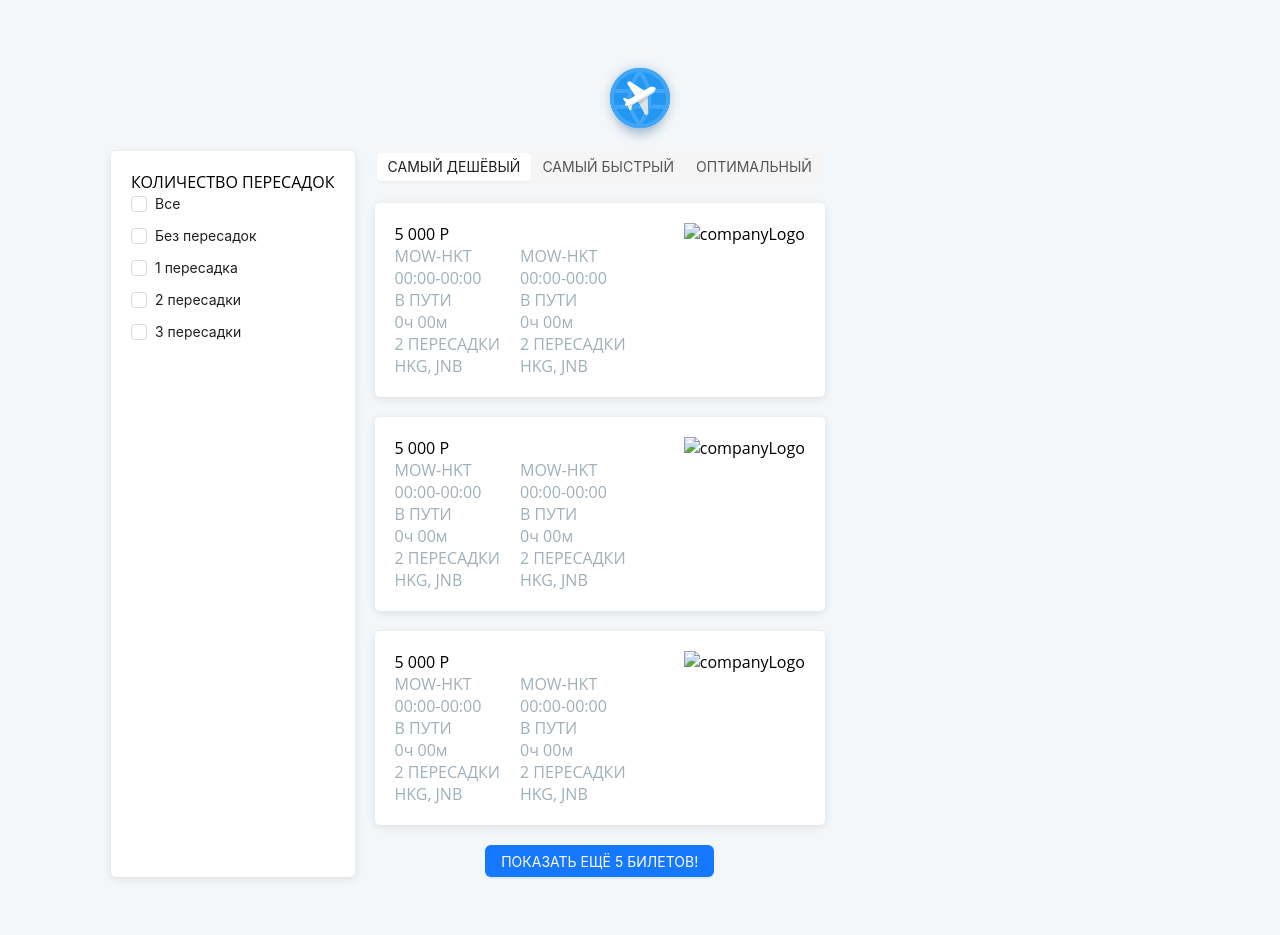
Repository: Dedoxa/aviasalesTickets
Page: /
An editor plug-in stored every save of this project. The page is shown before and after the next save, followed by the edit.
The browser window is 1280 px wide. The pictures show the whole page.
The project was rebuilt for these pictures with package versions that can differ from the ones it lists, and the page was loaded fresh each time. Also part of the build but not shown: vite.config.js.

Above is the page before, as saved 2024-10-19 16:57:45.

After the next save:
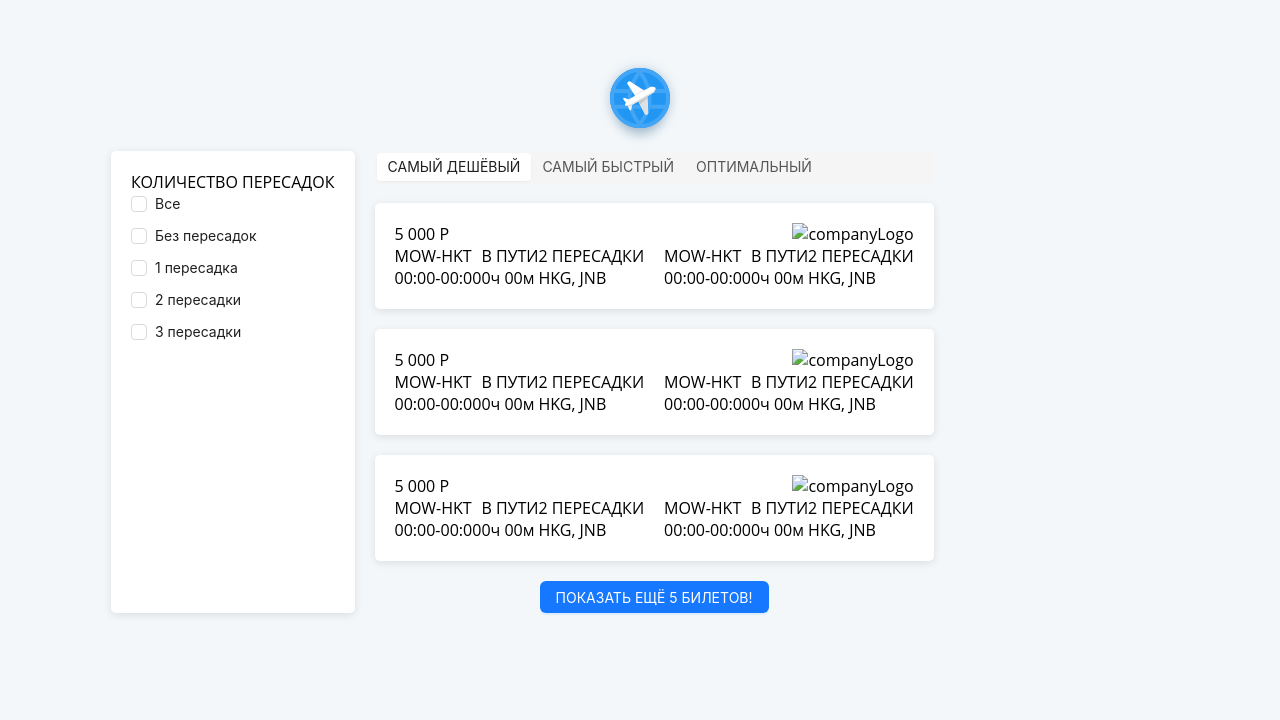
Saved 13 s later.
--- a/src/TicketCard/TicketCard.module.scss
+++ b/src/TicketCard/TicketCard.module.scss
@@ -11,6 +11,7 @@
   gap: 20px;
 
   .infoRow {
-    color: #A0B0B9;
+    display: flex;
+    // color: #A0B0B9;
   }
 }
